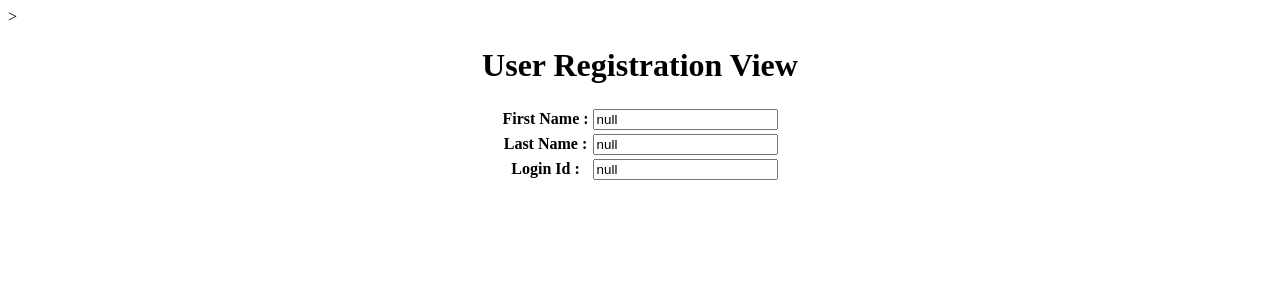
Repository: HimanshuJain1991/ProjectModuleUseCase
Page: http://localhost/Practice/UserRegistrationView.jsp
An editor plug-in stored every save of this project. The page is shown before and after the next save, followed by the edit.
The browser window is 1280 px wide. The pictures show the whole page.
The page is served by Tomcat 9. Other server files are loaded and not shown.

Above is the page before, as saved 2024-02-27 11:00:54.

### Practice/src/main/webapp/UserRegistrationView.jsp
<%@page import="in.co.rays.dto.UserDTO"%>
<%@ page language="java" contentType="text/html; charset=ISO-8859-1"
	pageEncoding="ISO-8859-1"%>
<!DOCTYPE html>
<html>
<head>
<meta charset="ISO-8859-1">
<title>Insert title here</title>
</head>
<%
	UserDTO dto = new UserDTO();
%>>
<body>
	<center>
		<h1>User Registration View</h1>
		<table>
			<tr>
				<th>First Name :</th>
				<td><input type="text" name="firstName"
					value="<%=dto.getFirstName()%>"></td>
			</tr>
			<tr>
				<th>Last Name :</th>
				<td><input type="text" name="lastName"
					value="<%=dto.getLastName()%>"></td>

			</tr>
			<tr>
				<th>Login Id :</th>
				<td><input type="text" name="lastName"
					value="<%=dto.getLoginId()%>"></td>

			</tr>
			</center>
</body>
</html>

### Practice/src/main/java/in/co/rays/dto/UserDTO.java
package in.co.rays.dto;

import java.util.Date;

public class UserDTO {
	private int id=0;
	private String firstName=null;
	private String lastName=null;
	private String loginId=null;
	private String password=null;
	private Date dob;
	private String address=null;
	public int getId() {
		return id;
	}
	public void setId(int id) {
		this.id = id;
	}
	public String getFirstName() {
		return firstName;
	}
	public void setFirstName(String firstName) {
		this.firstName = firstName;
	}
	public String getLastName() {
		return lastName;
	}
	public void setLastName(String lastName) {
		this.lastName = lastName;
	}
	public String getLoginId() {
		return loginId;
	}
	public void setLoginId(String loginId) {
		this.loginId = loginId;
	}
	public String getPassword() {
		return password;
	}
	public void setPassword(String password) {
		this.password = password;
	}
	public Date getDob() {
		return dob;
	}
	public void setDob(Date dob) {
		this.dob = dob;
	}
	public String getAddress() {
		return address;
	}
	public void setAddress(String address) {
		this.address = address;
	}


}

After the next save:
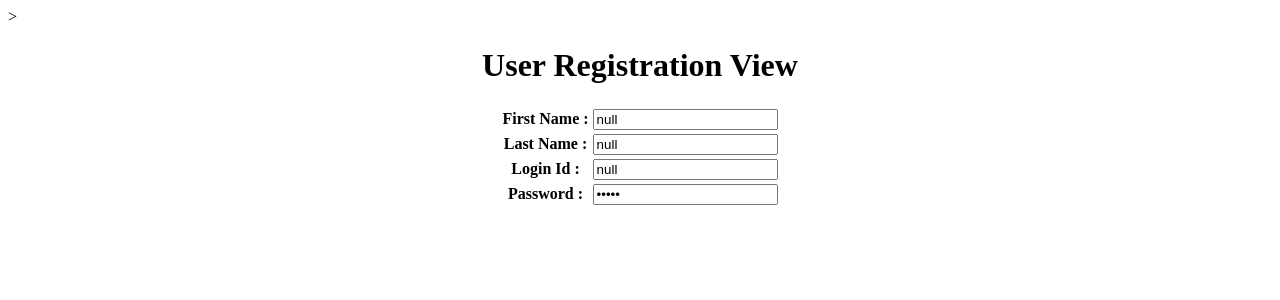
Saved 28 s later.
--- a/Practice/src/main/webapp/UserRegistrationView.jsp
+++ b/Practice/src/main/webapp/UserRegistrationView.jsp
@@ -27,8 +27,14 @@
 			</tr>
 			<tr>
 				<th>Login Id :</th>
-				<td><input type="text" name="lastName"
+				<td><input type="text" name="loginId"
 					value="<%=dto.getLoginId()%>"></td>
+
+			</tr>
+			<tr>
+				<th>Password :</th>
+				<td><input type="password" name="password"
+					value="<%=dto.getLastName()%>>"></td>
 
 			</tr>
 			</center>
